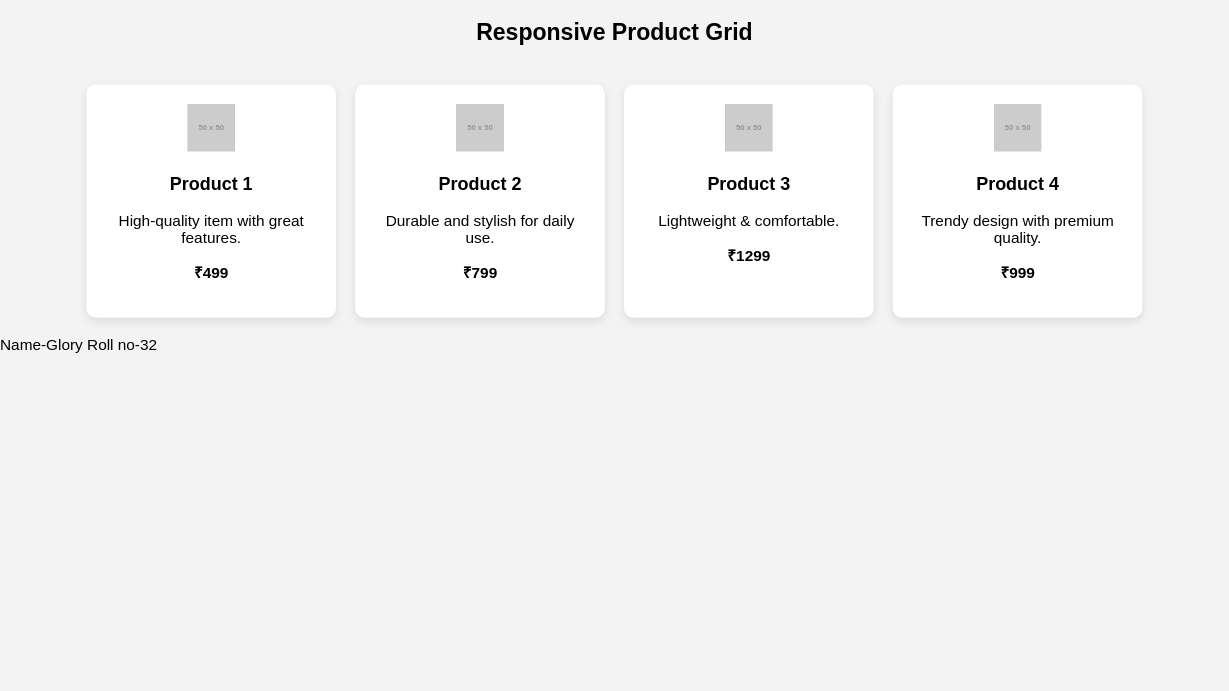
Repository: Glory998/ELCE1-32
Page: experiment9.html
The author's editor kept a copy of each file at every save. The page is drawn from the files as they stood at one save, then again after the next save.
The browser window is 1280 px wide. The pictures show the whole page, at 96% of full size.

Above is the page before, as saved 2025-12-22 11:23:22.

After the next save:
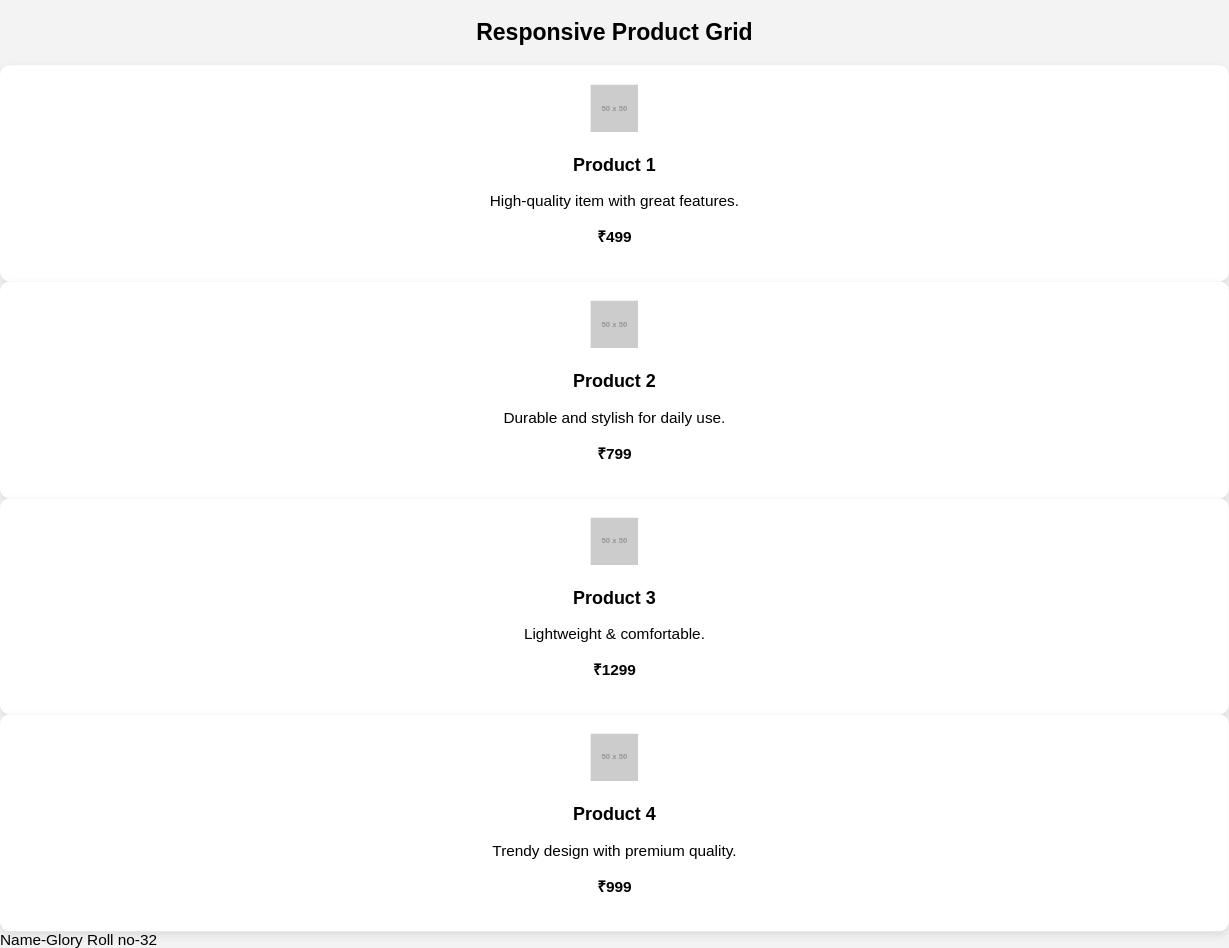
Saved 6 min 0 s later.
--- a/experiment9.html
+++ b/experiment9.html
@@ -40,7 +40,7 @@
 <body>
 
 <h2>Responsive Product Grid</h2>
-
+<div class="outer-box"
 <div class="grid">
   <div class="card">
     <img src="https://via.placeholder.com/50">

After the save that followed:
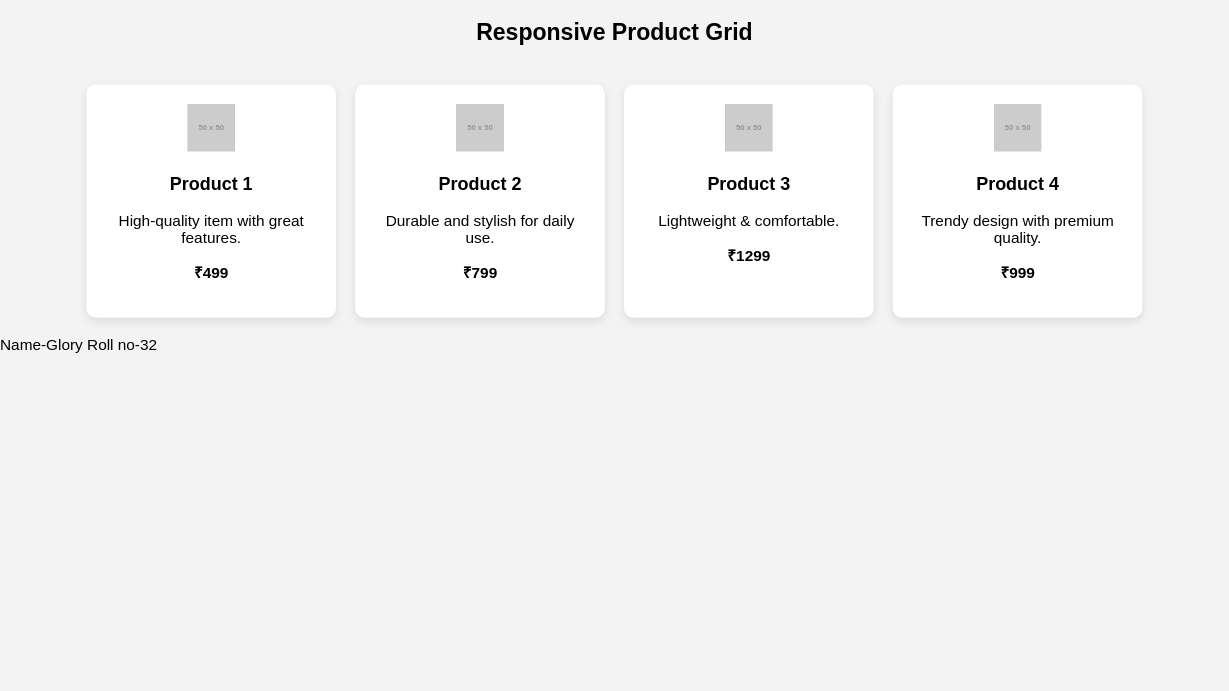
Saved 36 s later.
--- a/experiment9.html
+++ b/experiment9.html
@@ -40,7 +40,7 @@
 <body>
 
 <h2>Responsive Product Grid</h2>
-<div class="outer-box"
+<div class="outer-box"></div>
 <div class="grid">
   <div class="card">
     <img src="https://via.placeholder.com/50">
